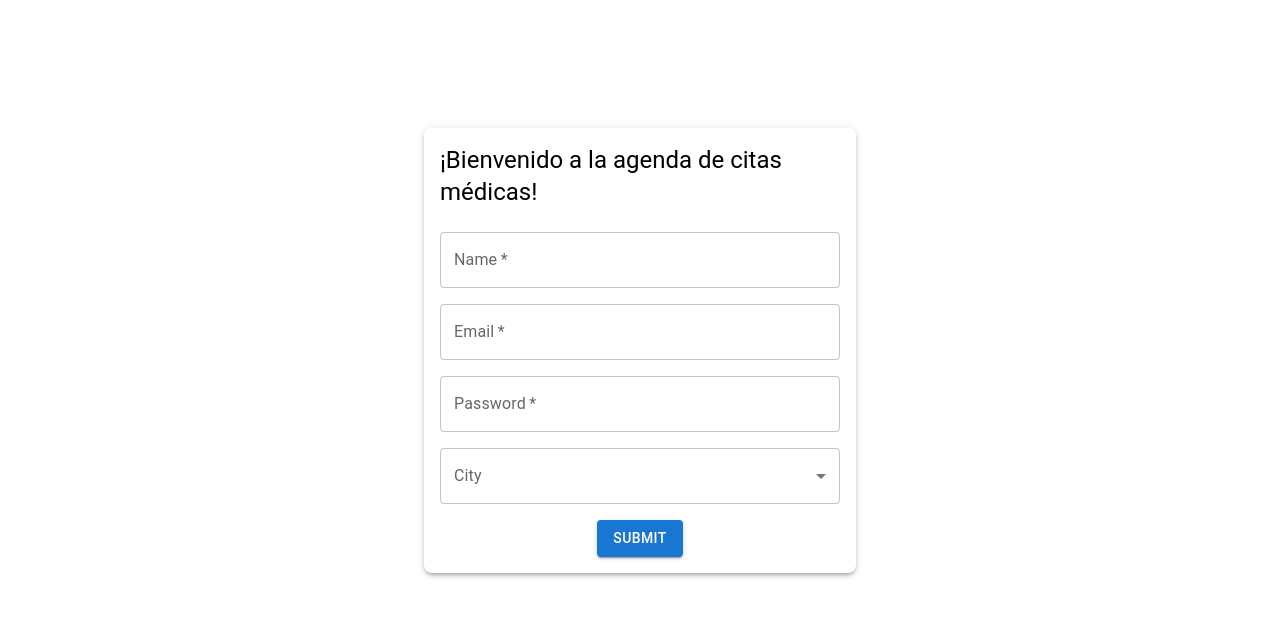
Repository: nicoleabaddd/FormReactJs
Page: /
An editor plug-in stored every save of this project. The page is shown before and after the next save, followed by the edit.
The browser window is 1280 px wide. The pictures show the whole page.
The project was rebuilt for these pictures with package versions that can differ from the ones it lists, and the page was loaded fresh each time. Also part of the build but not shown: src/App.css.

Above is the page before, as saved 2024-07-15 00:56:21.

After the next save:
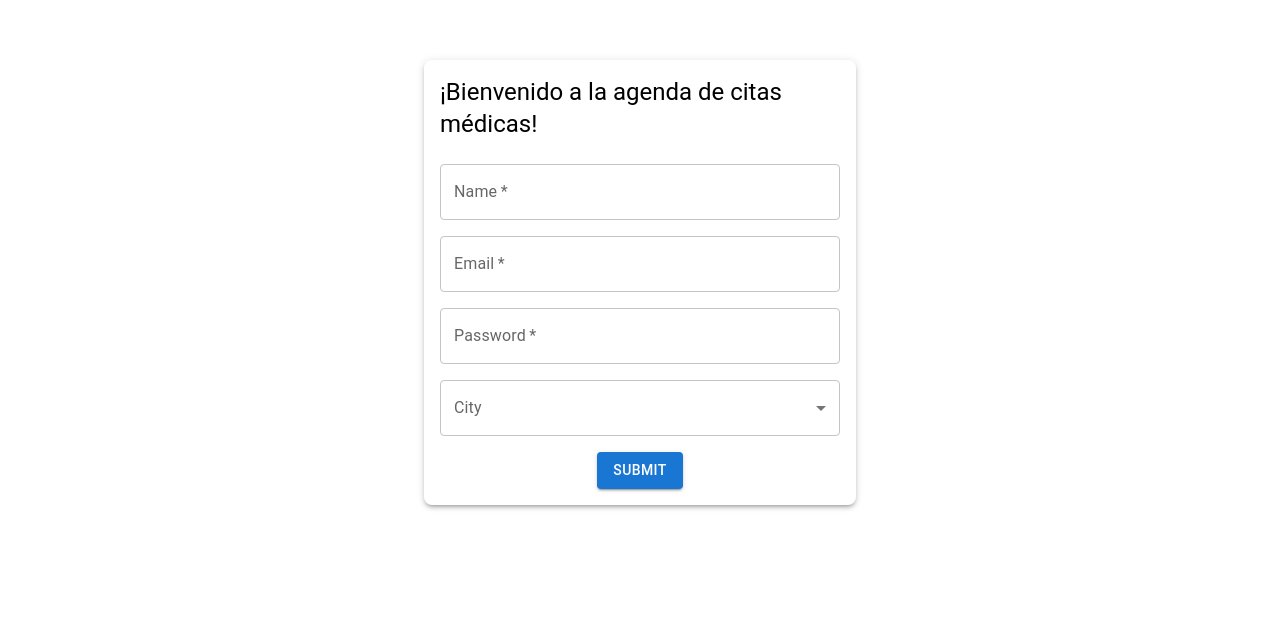
Saved 39 s later.
--- a/src/pages/formPages.jsx
+++ b/src/pages/formPages.jsx
@@ -4,7 +4,7 @@ import Forms from "../components/formulario";
 
 const FormPages=()=> {
     return (
-        <Box sx={{marginTop: "10%"}}> <Forms/></Box>
+        <Box sx={{marginTop: "60px"}}> <Forms/></Box>
     )
 };
 
